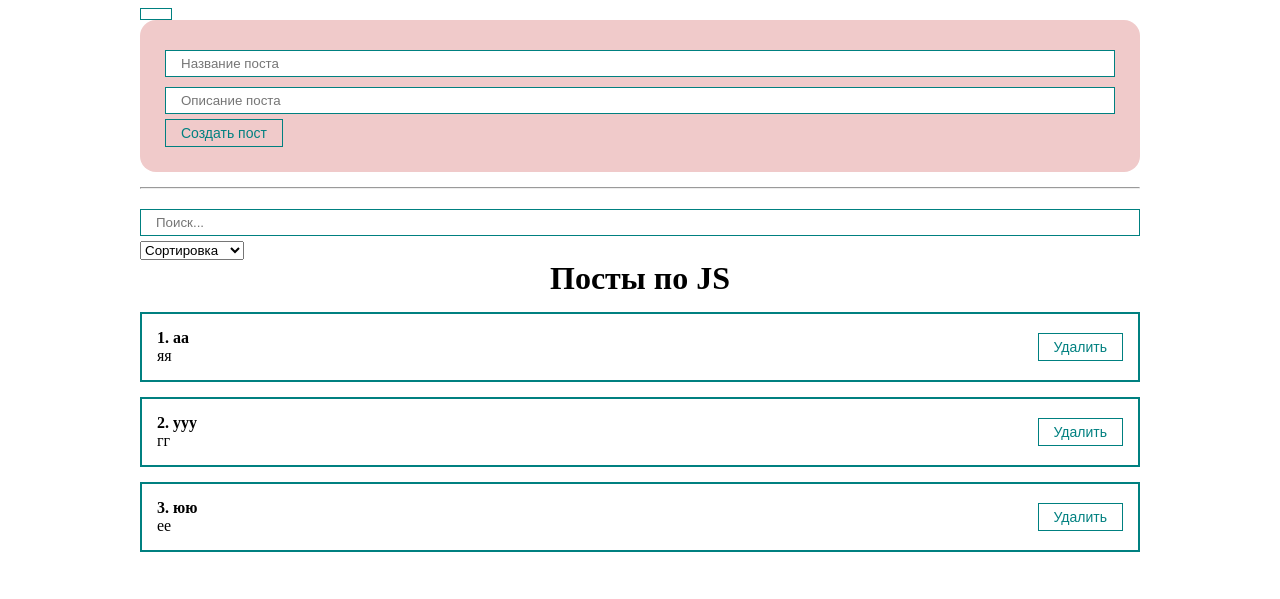
Repository: otvertka/ulb
Page: /
An editor plug-in stored every save of this project. The page is shown before and after the next save, followed by the edit.
The browser window is 1280 px wide. The pictures show the whole page.
The project was rebuilt for these pictures with package versions that can differ from the ones it lists, and the page was loaded fresh each time. Also part of the build but not shown: src/components/Counter.jsx, src/components/ClassCounter.jsx.

Above is the page before, as saved 2023-06-13 13:12:39.

After the next save:
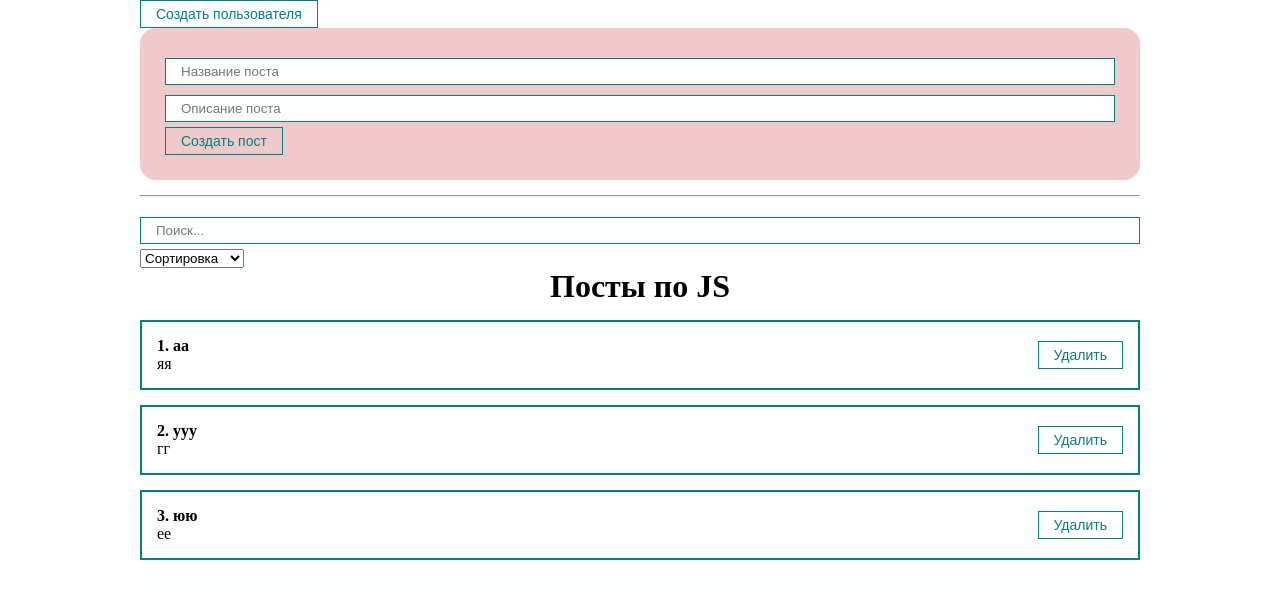
Saved 5 min 25 s later.
--- a/src/App.js
+++ b/src/App.js
@@ -50,7 +50,8 @@ function App() {
   // импортируем компонент
   return (
     <div className="App">
-      <MyButton onClick={() => setModal(true)}></MyButton>
+      <MyButton onClick={() => setModal(true)}>Создать пользователя</MyButton>
+
       <MyModal visible={modal} setVisible={setModal}>
         <PostForm create={createPost} />
       </MyModal>
